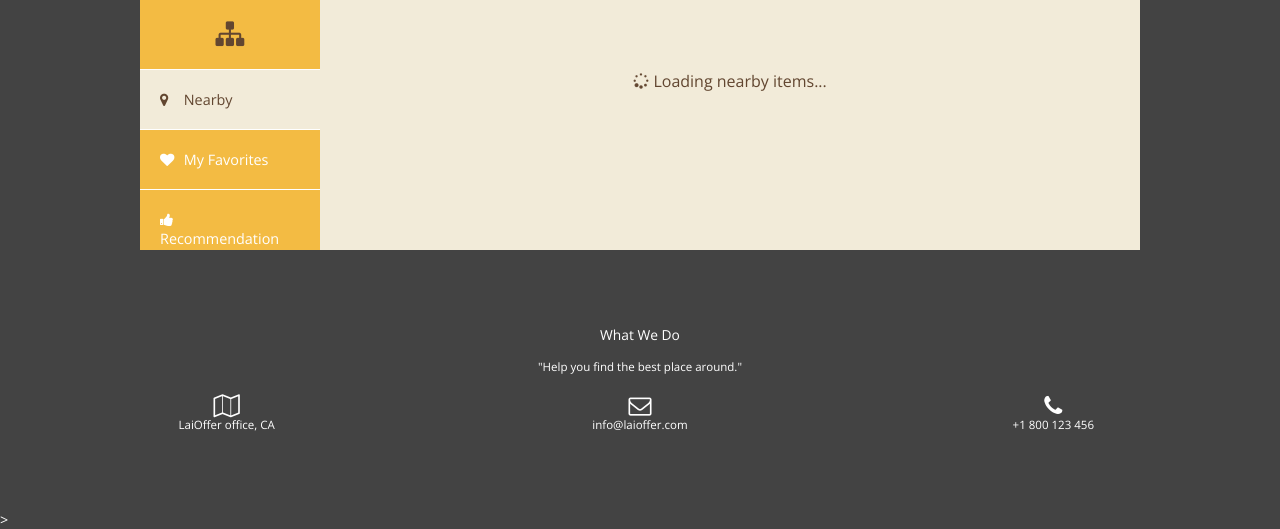
Repository: johnnylasers/Titan
Page: http://localhost/Titan/
An editor plug-in stored every save of this project. The page is shown before and after the next save, followed by the edit.
The browser window is 1280 px wide. The pictures show the part of the page from y = 310 to 860 px (the page is 839 px tall before and 860 px after).
Pictures or frames that could not be fetched are drawn as grey boxes. Some web libraries are served in a nearby version. The page is served by Tomcat 9.

Above is the page before, as saved 2017-10-22 22:51:57.

After the next save:
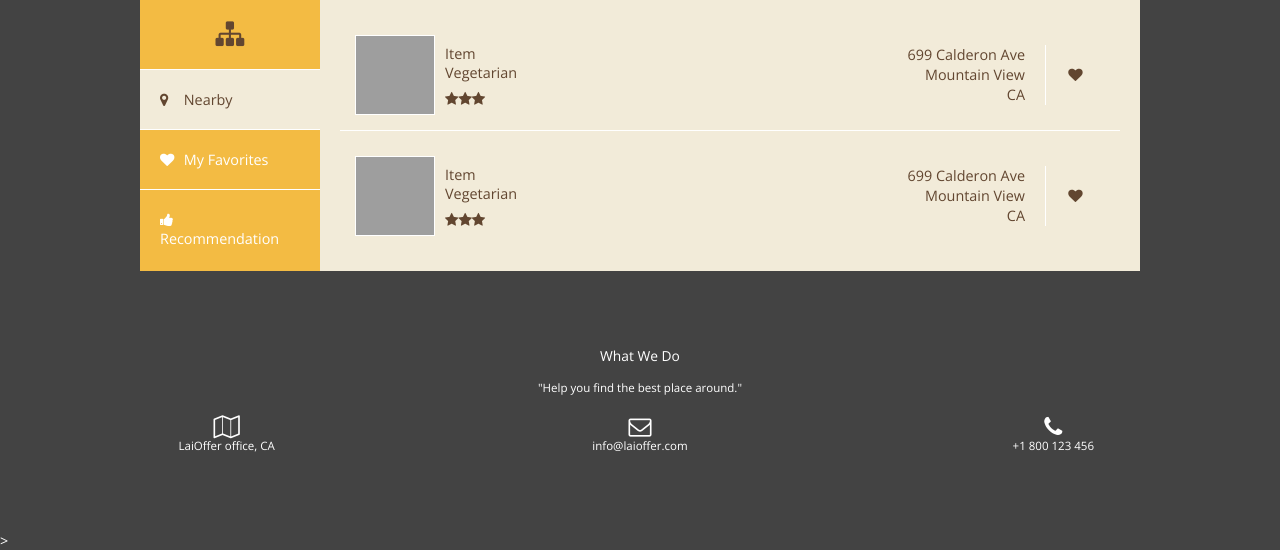
Console error: SyntaxError: Unexpected token ')'
Saved 15 min 49 s later.
--- a/Titan/WebContent/scripts/main.js
+++ b/Titan/WebContent/scripts/main.js
@@ -237,7 +237,10 @@
 			className : 'item-address'
 		});
 
-		address.innerHTML = item.address.replace(/,/g, '<br/>').replace(/\"/g,
+		var addressHTML =  item.address + "<br/>" + item.city;
+		address.innerHTML = addressHTML;
+
+//		address.innerHTML = item.address.replace(/,/g, '<br/>').replace(/\"/g,
 				'');
 		li.appendChild(address);
 

After the save that followed:
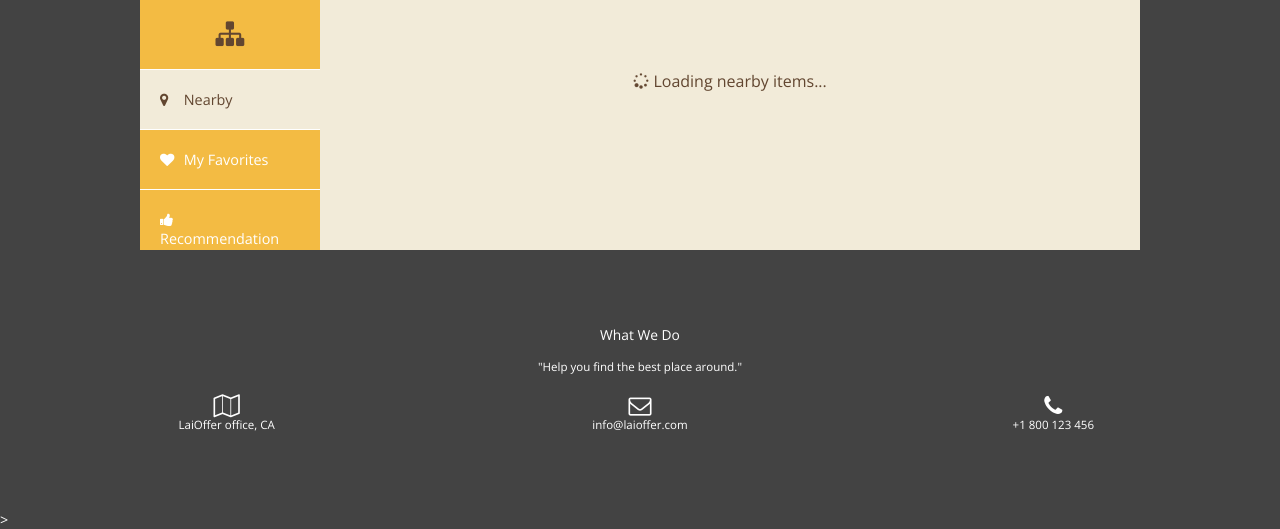
The error is gone.
Saved 5 s later.
--- a/Titan/WebContent/scripts/main.js
+++ b/Titan/WebContent/scripts/main.js
@@ -241,7 +241,7 @@
 		address.innerHTML = addressHTML;
 
 //		address.innerHTML = item.address.replace(/,/g, '<br/>').replace(/\"/g,
-				'');
+//				'');
 		li.appendChild(address);
 
 		// favorite link
